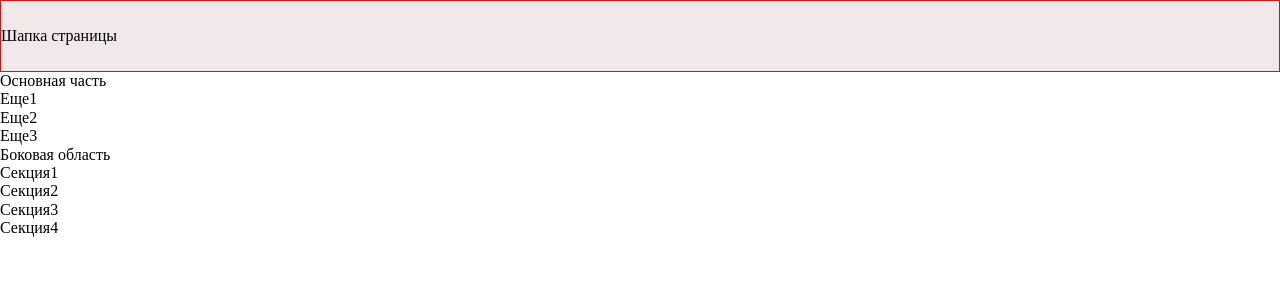
Repository: IrinaGetmanenko/week5
Page: week5/index.html
These files come from the project's save history. The page is drawn as it stood at one moment and after the next save; the edit follows.
The browser window is 1280 px wide. The pictures show the whole page.

Above is the page before, as saved 2022-08-28 17:09:22.

### week5/index.html
<!DOCTYPE html>
<html lang="en">
<head>
    <meta charset="UTF-8">
    <meta http-equiv="X-UA-Compatible" content="IE=edge">
    <meta name="viewport" content="width=device-width, initial-scale=1.0">
    <link rel="stylesheet" href="normalize.css">
    <title>Document</title>
    <style>
    .container{
        display: flex;
        justify-content: center;
        flex-wrap: wrap;

    }

    .h1{
        align-content: center;
        border: 1px solid red;
        height: 70px;
        background-color: rgb(240, 232, 232);
    }

    </style>
</head>
<body class="container-1">
    <header class="h1" >Шапка страницы</header>

<main>
<main class="container-2">Основная часть</main>
<main class="section1">Eще1</main>
<main class="section2">Еще2</main>
<main class="section3">Еще3</main>
<aside class="aside">Боковая область</aside>
</main>

<footer class="footer">
       <footer class="f1">Секция1</footer>
       <footer class="f1">Секция2</footer>
       <footer class="f1">Секция3</footer>
       <footer class="f1">Секция4</footer>
</footer>

</body>
</html>

Loaded but not shown: week5/normalize.css (library)

After the next save:
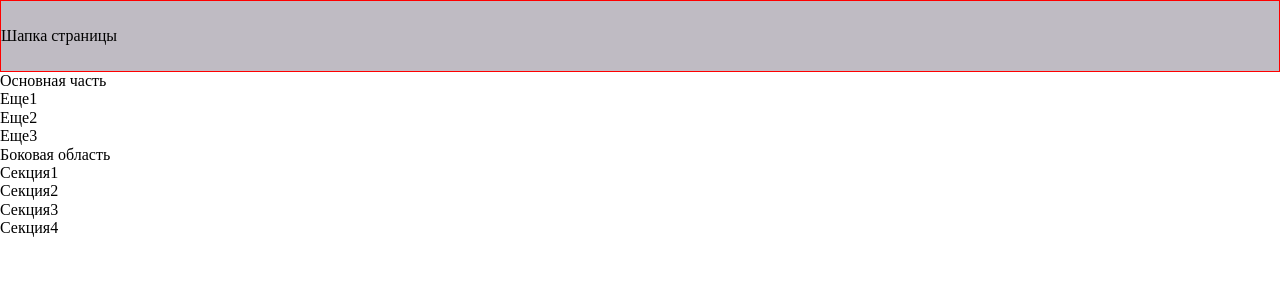
Saved 34 s later.
--- a/week5/index.html
+++ b/week5/index.html
@@ -18,7 +18,7 @@
         align-content: center;
         border: 1px solid red;
         height: 70px;
-        background-color: rgb(240, 232, 232);
+        background-color: #bfbbc3;
     }
 
     </style>
